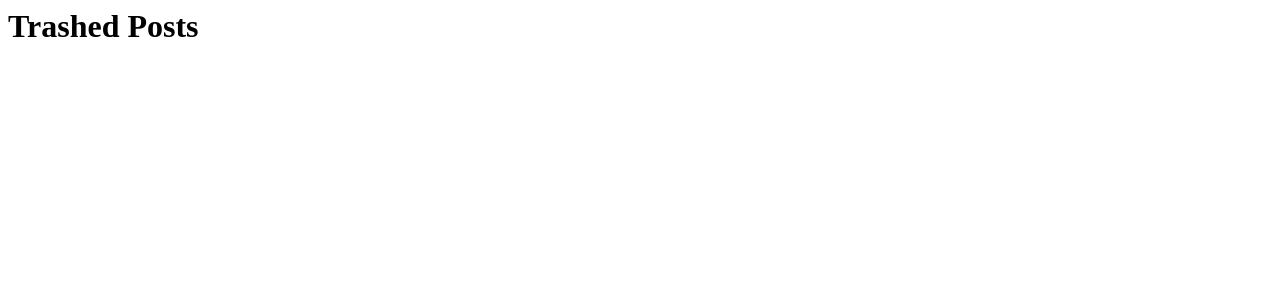
Repository: ciIHeB/anterlab-laravel-test
Page: http://localhost/posts/trashed
An editor plug-in stored every save of this project. The page is shown before and after the next save, followed by the edit.
The browser window is 1280 px wide. The pictures show the whole page.
The page is served by the project's Laravel application, run on PHP 8.4 with Laravel 10. Other server files are loaded and not shown. Queries for data that is not in the repository find no rows.

Above is the page before, as saved 2025-06-25 10:50:56.

### routes/web.php
<?php

use Illuminate\Support\Facades\Route;
use App\Http\Controllers\PostController;
use App\Http\Controllers\FormController;
use App\Http\Controllers\UserTaskController;

/*
|--------------------------------------------------------------------------
| Web Routes
|--------------------------------------------------------------------------
*/

Route::get('/', function () {
    return view('welcome');
});

// Posts CRUD except 'show' (optional, if you don't want 'show' route)
Route::resource('posts', PostController::class)->except(['show']);

// If you need the 'show' route, add it explicitly (optional)
// Route::get('/posts/{post}', [PostController::class, 'show'])->name('posts.show');

// Soft Delete routes (overrides destroy)
Route::delete('/posts/{post}', [PostController::class, 'destroy'])->name('posts.destroy');
Route::get('/posts/trashed', [PostController::class, 'trashed'])->name('posts.trashed');
Route::patch('/posts/{post}/restore', [PostController::class, 'restore'])->name('posts.restore');

// Form Validation Task
Route::get('/form', [FormController::class, 'showForm'])->name('form.show');
Route::post('/form', [FormController::class, 'submitForm'])->name('form.submit');

// User Tasks Relationship
Route::get('/user/{id}/tasks', [UserTaskController::class, 'showTasks'])->name('user.tasks');

// AJAX Form Submission for posts
Route::post('/ajax-post', [PostController::class, 'ajaxStore'])->name('ajax.post');
Route::view('/ajax-form', 'posts.ajax-form')->name('posts.ajaxForm');

### app/Http/Controllers/PostController.php
<?php

namespace App\Http\Controllers;

use App\Models\Post;
use Illuminate\Http\Request;

class PostController extends Controller
{
    // List posts, with optional search filter
    public function index(Request $request)
    {
        $query = Post::query();

        if ($request->has('search') && !empty($request->search)) {
            $keyword = $request->search;
            $query->where(function ($q) use ($keyword) {
                $q->where('title', 'like', "%{$keyword}%")
                  ->orWhere('content', 'like', "%{$keyword}%");
            });
        }

        $posts = $query->paginate(10);

        return view('posts.index', compact('posts'));
    }

    public function create()
    {
        return view('posts.create');
    }

    public function store(Request $request)
    {
        $request->validate([
            'title' => 'required|max:255',
            'content' => 'required',
        ]);

        Post::create($request->all());
        return redirect()->route('posts.index');
    }

    public function ajaxStore(Request $request)
    {
        $validated = $request->validate([
            'title' => 'required|max:255',
            'content' => 'required',
        ]);

        Post::create($validated);

        return response()->json(['message' => 'Post created successfully!']);
    }

    public function show(Post $post)
    {
        return view('posts.show', compact('post'));
    }

    public function edit(Post $post)
    {
        return view('posts.edit', compact('post'));
    }

    public function update(Request $request, Post $post)
    {
        $request->validate([
            'title' => 'required|max:255',
            'content' => 'required',
        ]);

        $post->update($request->all());
        return redirect()->route('posts.index');
    }

    // Soft delete a post
    public function destroy(Post $post)
    {
        $post->delete();  // This performs soft delete because Post uses SoftDeletes trait
        return redirect()->route('posts.index')->with('success', 'Post soft deleted.');
    }

    // Show soft deleted posts
    public function trashed()
    {
        $posts = Post::onlyTrashed()->paginate(10);
        return view('posts.trashed', compact('posts'));
    }

    // Restore a soft deleted post
    public function restore($id)
    {
        $post = Post::onlyTrashed()->findOrFail($id);
        $post->restore();
        return redirect()->route('posts.trashed')->with('success', 'Post restored successfully.');
    }
}

### app/Models/Post.php
<?php

namespace App\Models;

use Illuminate\Database\Eloquent\Factories\HasFactory;
use Illuminate\Database\Eloquent\Model;
use Illuminate\Database\Eloquent\SoftDeletes;

class Post extends Model
{
    use HasFactory, SoftDeletes;

    protected $fillable = ['title', 'content'];
}

### resources/views/posts/trashed.blade.php
<h1>Trashed Posts</h1>

@if(session('success'))
    <p style="color: green">{{ session('success') }}</p>
@endif

<ul>
    @foreach($posts as $post)
        <li>
            <strong>{{ $post->title }}</strong>
            <form action="{{ route('posts.restore', $post->id) }}" method="POST" style="display:inline">
                @csrf
                @method('PATCH')
                <button type="submit">Restore</button>
            </form>
        </li>
    @endforeach
</ul>

Loaded but not shown: app/Http/Controllers/Controller.php (common file)

After the next save:
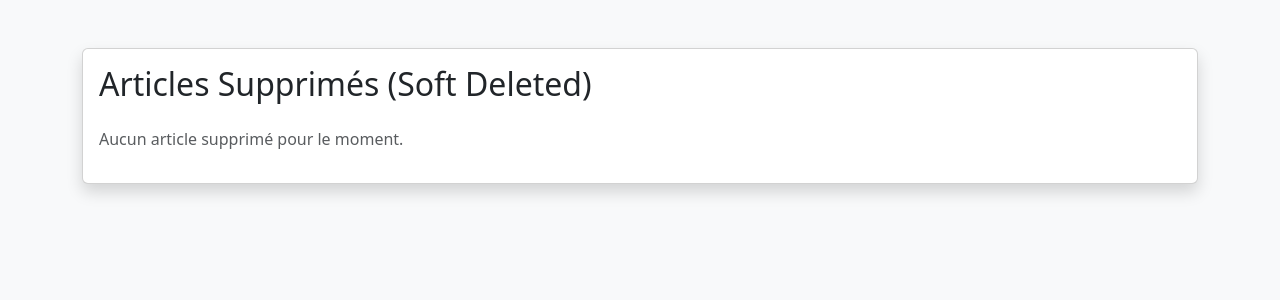
Saved 57 s later.
--- a/resources/views/posts/trashed.blade.php
+++ b/resources/views/posts/trashed.blade.php
@@ -1,18 +1,46 @@
-<h1>Trashed Posts</h1>
+<!DOCTYPE html>
+<html lang="en">
+<head>
+    <meta charset="UTF-8">
+    <title>Trashed Posts</title>
+    <link href="https://cdn.jsdelivr.net/npm/bootstrap@5.3.3/dist/css/bootstrap.min.css" rel="stylesheet">
+</head>
+<body class="bg-light">
 
-@if(session('success'))
-    <p style="color: green">{{ session('success') }}</p>
-@endif
+<div class="container mt-5">
+    <div class="card shadow rounded">
+        <div class="card-body">
+            <h2 class="card-title mb-4">Articles Supprimés (Soft Deleted)</h2>
 
-<ul>
-    @foreach($posts as $post)
-        <li>
-            <strong>{{ $post->title }}</strong>
-            <form action="{{ route('posts.restore', $post->id) }}" method="POST" style="display:inline">
-                @csrf
-                @method('PATCH')
-                <button type="submit">Restore</button>
-            </form>
-        </li>
-    @endforeach
-</ul>
+            {{-- Success message --}}
+            @if(session('success'))
+                <div class="alert alert-success">
+                    {{ session('success') }}
+                </div>
+            @endif
+
+            @if($posts->isEmpty())
+                <p class="text-muted">Aucun article supprimé pour le moment.</p>
+            @else
+                <ul class="list-group">
+                    @foreach($posts as $post)
+                        <li class="list-group-item d-flex justify-content-between align-items-center">
+                            <div>
+                                <strong>{{ $post->title }}</strong>
+                                <small class="text-muted d-block">Supprimé le {{ $post->deleted_at->format('d/m/Y à H:i') }}</small>
+                            </div>
+                            <form action="{{ route('posts.restore', $post->id) }}" method="POST">
+                                @csrf
+                                @method('PATCH')
+                                <button type="submit" class="btn btn-sm btn-success">Restaurer</button>
+                            </form>
+                        </li>
+                    @endforeach
+                </ul>
+            @endif
+        </div>
+    </div>
+</div>
+
+</body>
+</html>
